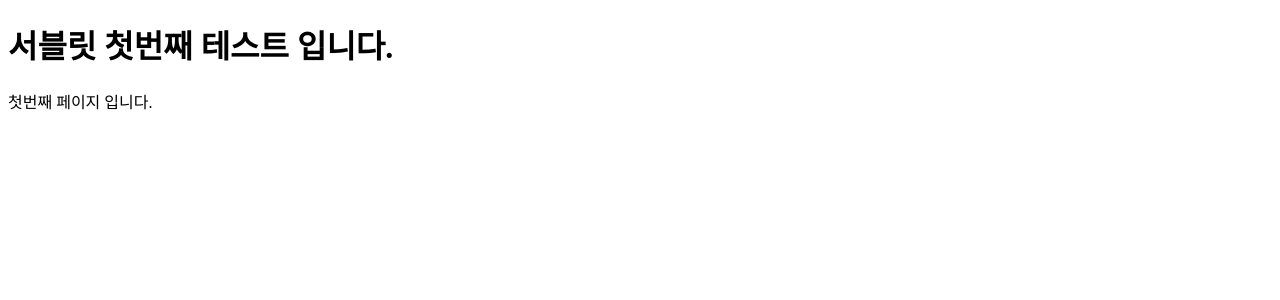
Repository: Truth-Jeon/JSP
Page: http://localhost/ServletTest/
An editor plug-in stored every save of this project. The page is shown before and after the next save, followed by the edit.
The browser window is 1280 px wide. The pictures show the whole page.
The page is served by Tomcat 9.

Above is the page before, as saved 2023-08-30 01:05:43.

### ServletTest/src/main/webapp/index.jsp
<%@ page language="java" contentType="text/html; charset=UTF-8"
    pageEncoding="UTF-8"%>
<!DOCTYPE html>
<html>
<head>
<meta charset="UTF-8">
<title>Insert title here</title>
</head>
<body>
	<h1>서블릿 첫번째 테스트 입니다.</h1>
	<p>첫번째 페이지 입니다.</p>
</body>
</html>

After the next save:
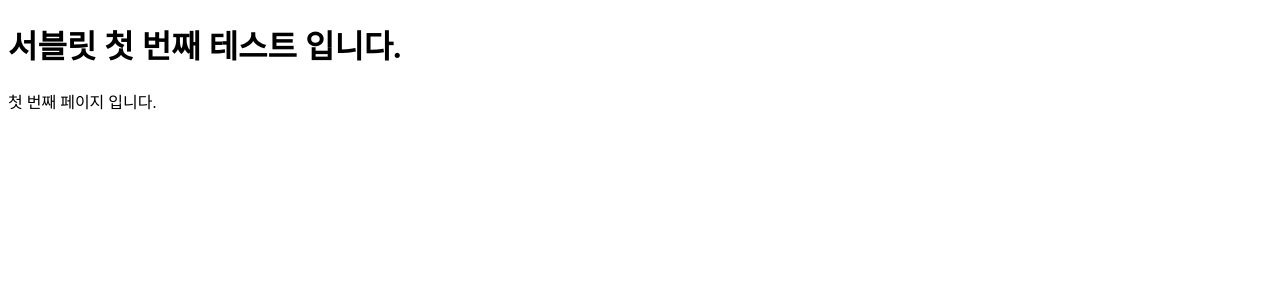
Saved 13 s later.
--- a/ServletTest/src/main/webapp/index.jsp
+++ b/ServletTest/src/main/webapp/index.jsp
@@ -7,7 +7,7 @@
 <title>Insert title here</title>
 </head>
 <body>
-	<h1>서블릿 첫번째 테스트 입니다.</h1>
-	<p>첫번째 페이지 입니다.</p>
+	<h1>서블릿 첫 번째 테스트 입니다.</h1>
+	<p>첫 번째 페이지 입니다.</p>
 </body>
 </html>
